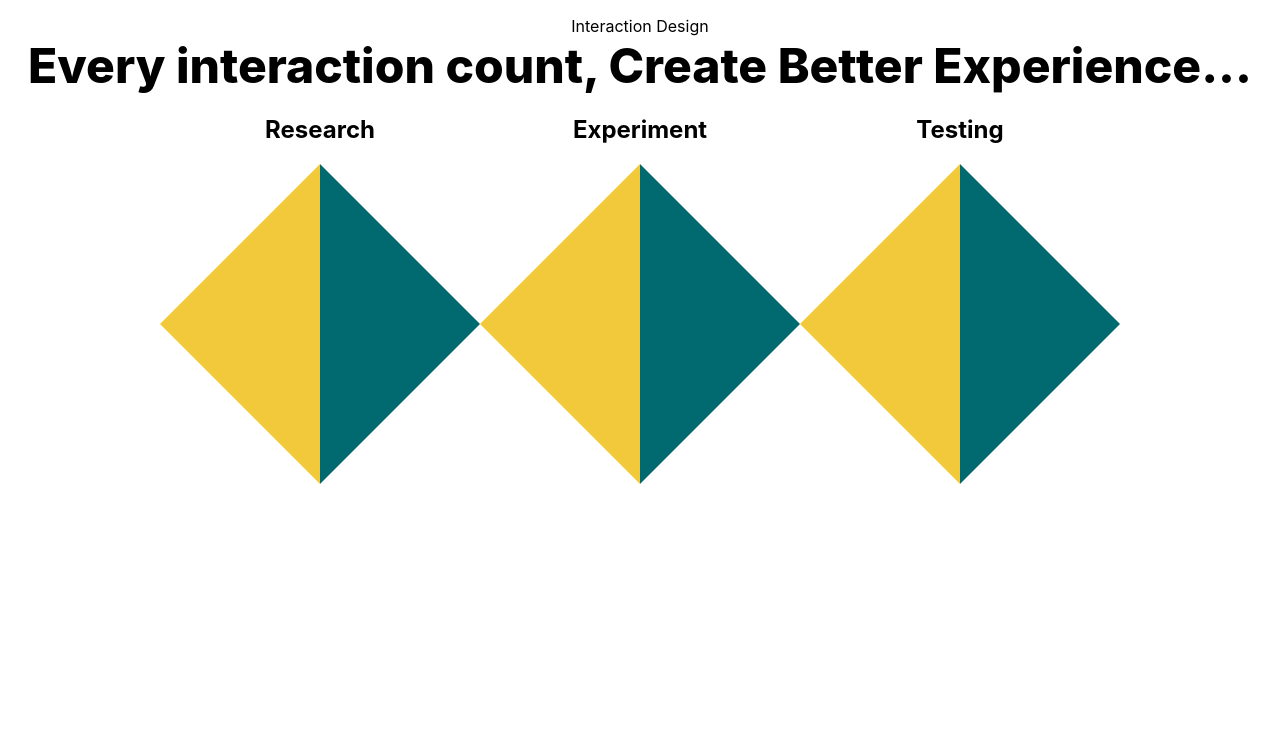
Repository: YingCG/interaction-design
Page: /
An editor plug-in stored every save of this project. The page is shown before and after the next save, followed by the edit.
The browser window is 1280 px wide. The pictures show the whole page.
The project was rebuilt for these pictures with package versions that can differ from the ones it lists, and the page was loaded fresh each time. Also part of the build but not shown: src/ProjectOverview.js, src/About.jsx, src/Nav.jsx.

Above is the page before, as saved 2023-09-08 17:16:42.

### src/App.js
import "./App.css";
import TripleDiamond from "./TripleDiamond";
import { HashRouter, Router, Routes, Route, Link } from "react-router-dom";
import About from "./About";
import Nav from "./Nav";

function App() {
  return (
    <div className="App">
      Interaction Design
      <HashRouter>
        <Routes>
          {/* <Nav /> */}
          {/* <Route exact path="/nav" element={<Nav />}></Route> */}
          <Route exact path="/" element={<TripleDiamond />}></Route>
          <Route exact path="/about" element={<About />}></Route>
        </Routes>
      </HashRouter>
    </div>
  );
}

export default App;

### src/App.css
.App {
  text-align: center;
  padding: 1em;
  height: 100vh;
}

.arrow-right {
  width: 0;
  height: 0;
  border-top: 10rem solid transparent;
  border-bottom: 10rem solid transparent;
  border-left: 10rem solid #016a70;
}
.arrow-right:hover {
  border-left: 10rem solid #ffa1f5;
}

.arrow-left {
  width: 0;
  height: 0;
  border-top: 10rem solid transparent;
  border-bottom: 10rem solid transparent;
  border-right: 10rem solid #f1c93b;
}
.arrow-left:hover {
  border-right: 10rem solid #ffa1f5;
}

.container {
  display: flex;
  justify-content: center;
  align-items: center;
  width: 100%;
}

.text-content {
  /* padding: 3em; */
  font-size: 3em;
  font-weight: 800;
  flex-direction: column;
}

.triple-diamond {
  display: flex;
  width: 50%;
}

.container-triple {
  display: flex;
  flex-direction: column;
}

.text-above {
  flex-direction: column;
}

### src/TripleDiamond.jsx
import React, { useState } from "react";
import contents from "./data";
import ProjectOverview from "./ProjectOverview";
// import Research from "./Research";

function TripleDiamond() {
  const [info, setInfo] = useState([]);

  function showInfo(contents) {
    console.log(contents);
    setInfo(contents);
  }

  return (
    <>
      <div className="text-content">
        Every interaction count, Create Better Experience...
      </div>
      <div className="container">
        <div className="container-triple">
          <h2 className="text-above">Research</h2>
          <div
            className="triple-diamond"
            onClick={() =>
              showInfo(contents[1].Title + <p>{contents[1].Description}</p>)
            }
          >
            <div className="arrow-left"></div>
            <div className="arrow-right"></div>
          </div>
        </div>

        <div className="container-triple">
          <h2 className="text-above">Experiment</h2>
          <div
            className="triple-diamond"
            onClick={() => showInfo(contents[2].Title)}
          >
            <div className="arrow-left"></div>
            <div className="arrow-right"></div>
          </div>
        </div>

        <div className="container-triple">
          <h2 className="text-above">Testing</h2>
          <div
            className="triple-diamond"
            onClick={() => showInfo(contents[3].Title)}
          >
            <div className="arrow-left"></div>
            <div className="arrow-right"></div>
          </div>
        </div>
      </div>
      <div className="information">{info}</div>
    </>
  );
}

export default TripleDiamond;

### src/data.js
const contents = [
  {
    Title: "Project Overview",
    Description:
      "Memento Media is a creative industry startup that empowers people to save life's stories. When a loved one dies, we also sadly loose their stories. Memento Media uses storytelling and oral history practices to redefine the way families discover, capture and celebrate family history withoutmulti-generational living family archives.",
  },
  {
    Title: "Research",
    Description: "Assessment 1",
  },
  {
    Title: "Experiment",
    Description: "Assessment 2",
  },
  {
    Title: "Prototype",
    Description: "Assessment 3.",
  },
];

export default contents;

Loaded but not shown: public/index.html (common file); src/index.js (common file); src/index.css (common file); src/reportWebVitals.js (common file)

After the next save:
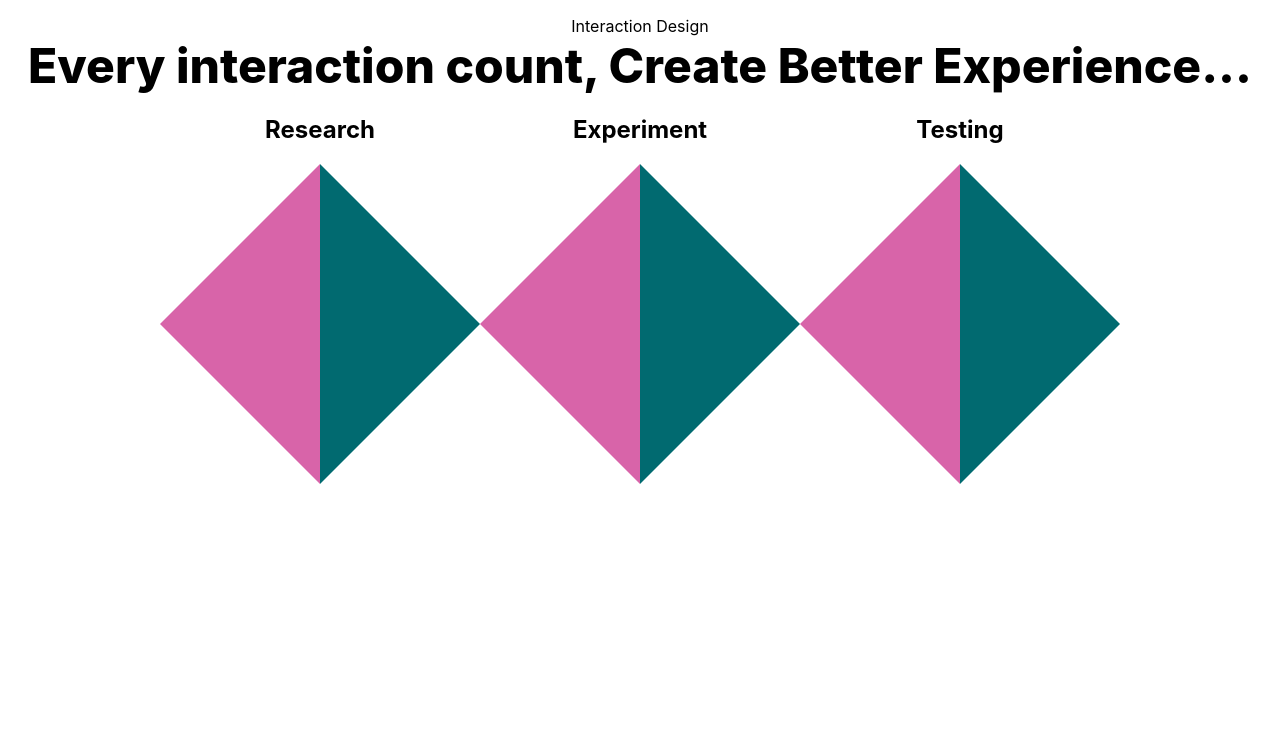
Saved 14 s later.
--- a/src/App.css
+++ b/src/App.css
@@ -20,7 +20,7 @@
   height: 0;
   border-top: 10rem solid transparent;
   border-bottom: 10rem solid transparent;
-  border-right: 10rem solid #f1c93b;
+  border-right: 10rem solid #d864a9;
 }
 .arrow-left:hover {
   border-right: 10rem solid #ffa1f5;
